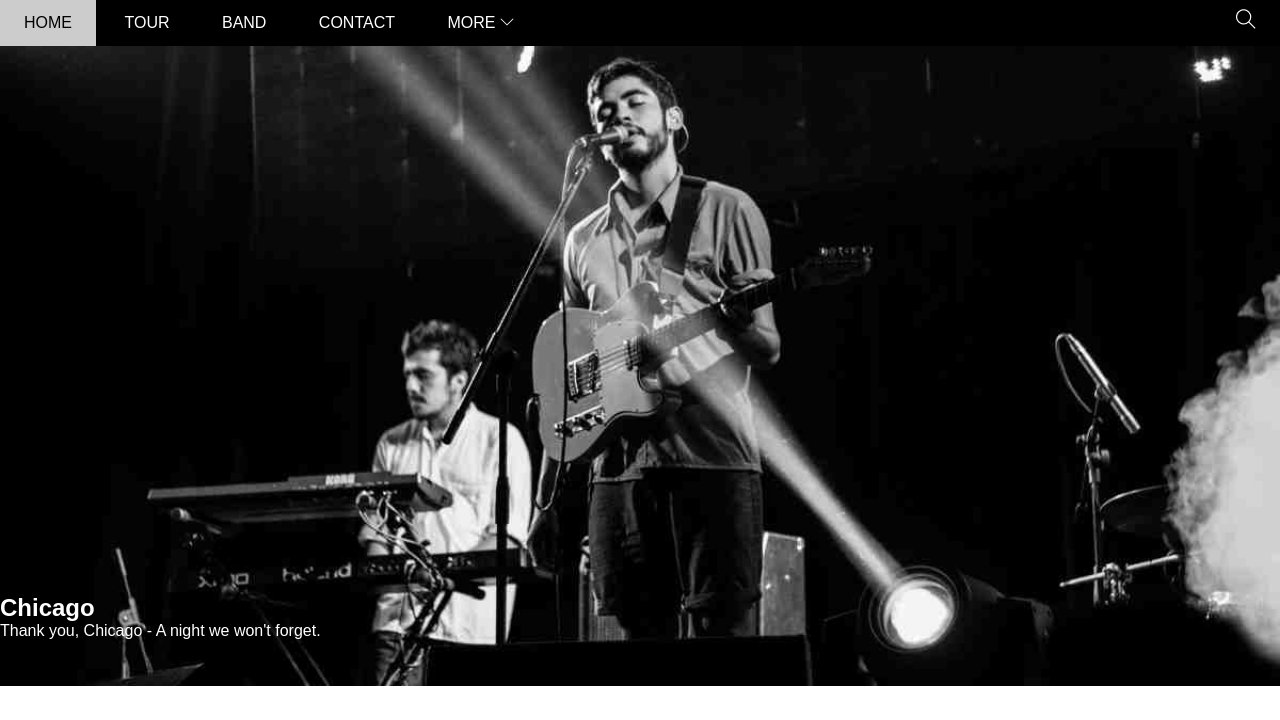
Repository: ducvui2003/LTCB
Page: index.html
An editor plug-in stored every save of this project. The page is shown before and after the next save, followed by the edit.
The browser window is 1280 px wide. The pictures show the whole page.

Above is the page before, as saved 2022-01-06 16:27:00.

After the next save:
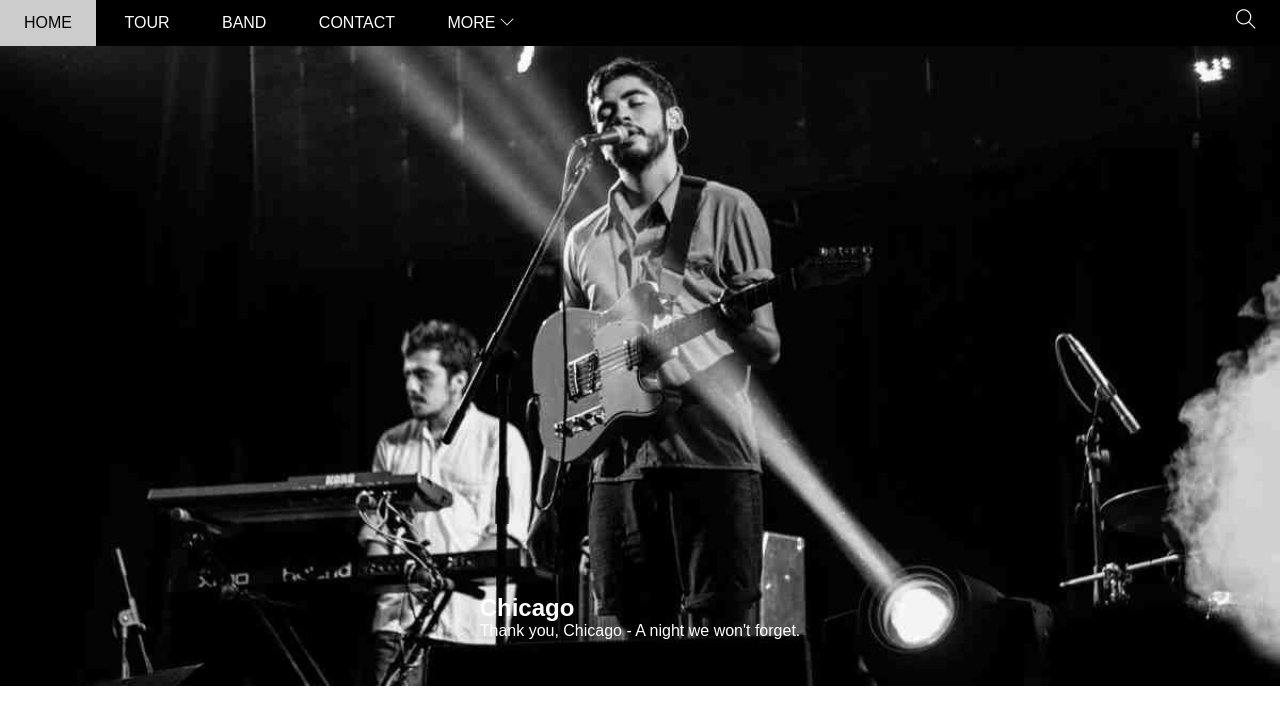
Saved 74 s later.
--- a/assest/Css/styles.css
+++ b/assest/Css/styles.css
@@ -116,8 +116,8 @@
 #slides .text-content {
     position: absolute;
     bottom: 46px;
-    left: 0;
-    right: 0;
+    left: 50%;
+    transform: translateX(-50%);
     color: white;
 }
 
